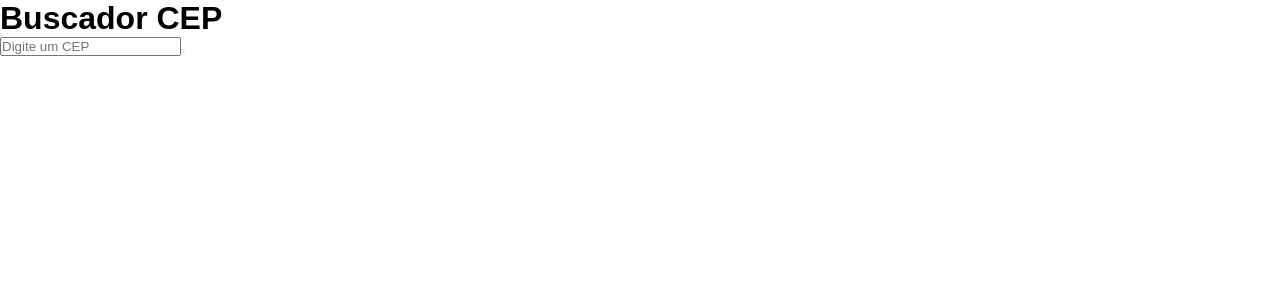
Repository: WelyntonRenan/buscador-cep
Page: / (app in buscador/)
An editor plug-in stored every save of this project. The page is shown before and after the next save, followed by the edit.
The browser window is 1280 px wide. The pictures show the whole page.
The project was rebuilt for these pictures with package versions that can differ from the ones it lists, and the page was loaded fresh each time.

Above is the page before, as saved 2022-11-13 23:25:54.

### buscador/public/index.html
<!DOCTYPE html>
<html lang="en">

<head>
  <meta charset="utf-8" />
  <link rel="icon" href="%PUBLIC_URL%/favicon.ico" />
  <meta name="viewport" content="width=device-width, initial-scale=1" />
  <meta name="theme-color" content="#000000" />
  <meta name="description" content="Web site created using create-react-app" />
  <link rel="apple-touch-icon" href="%PUBLIC_URL%/logo192.png" />
  <!--
      manifest.json provides metadata used when your web app is installed on a
      user's mobile device or desktop. See https://developers.google.com/web/fundamentals/web-app-manifest/
    -->
  <link rel="manifest" href="%PUBLIC_URL%/manifest.json" />
  <!--
      Notice the use of %PUBLIC_URL% in the tags above.
      It will be replaced with the URL of the `public` folder during the build.
      Only files inside the `public` folder can be referenced from the HTML.

      Unlike "/favicon.ico" or "favicon.ico", "%PUBLIC_URL%/favicon.ico" will
      work correctly both with client-side routing and a non-root public URL.
      Learn how to configure a non-root public URL by running `npm run build`.
    -->
  <title>Buscador</title>
</head>

<body>
  <noscript>You need to enable JavaScript to run this app.</noscript>
  <div id="root"></div>
  <!--
      This HTML file is a template.
      If you open it directly in the browser, you will see an empty page.

      You can add webfonts, meta tags, or analytics to this file.
      The build step will place the bundled scripts into the <body> tag.

      To begin the development, run `npm start` or `yarn start`.
      To create a production bundle, use `npm run build` or `yarn build`.
    -->
</body>

</html>

### buscador/src/App.js
import React from 'react';
import { fiSearch } from 'react-icons/fi'

function App() {
  return (
    <div className="Container">
      <h1 className="title">Buscador CEP</h1>

      <div className="containerInput">
        <input
          type="text"
          placeholder="Digite um CEP"
        />

        <button className="buttonSearch">
          <fiSearch size={25} color="#000" />
        </button>

      </div>

    </div>
  );
}

export default App;

Loaded but not shown: buscador/src/index.js (common file); buscador/src/index.css (common file)

After the next save:
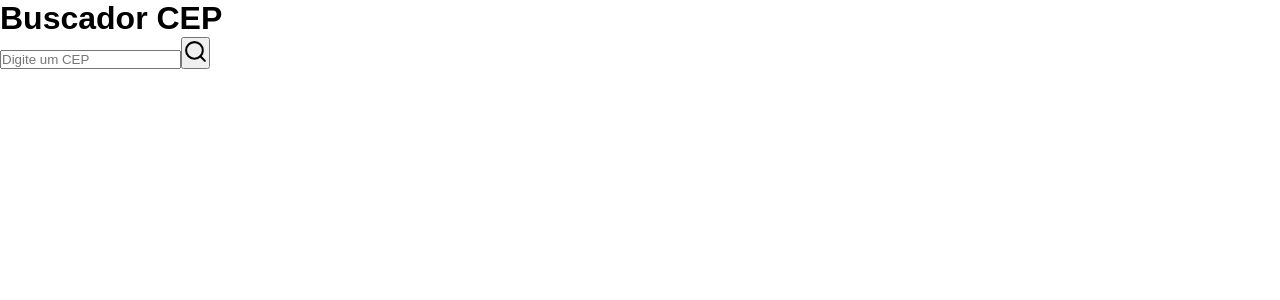
Saved 2 min 45 s later.
--- a/buscador/src/App.js
+++ b/buscador/src/App.js
@@ -1,5 +1,5 @@
 import React from 'react';
-import { fiSearch } from 'react-icons/fi'
+import { FiSearch } from 'react-icons/fi';
 
 function App() {
   return (
@@ -13,7 +13,7 @@ function App() {
         />
 
         <button className="buttonSearch">
-          <fiSearch size={25} color="#000" />
+          <FiSearch size={25} color="#000" />
         </button>
 
       </div>
